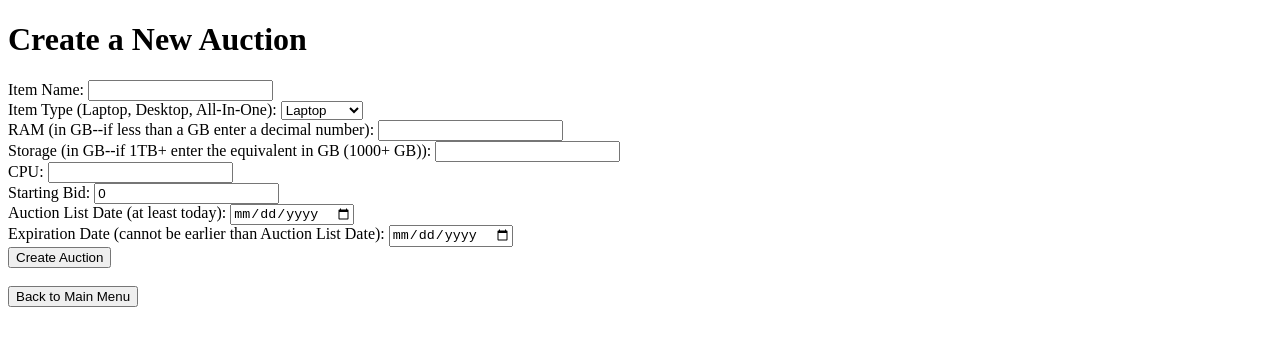
Repository: christot20/BuyMe
Page: http://localhost/336EbayAuction/NewAuction.jsp
An editor plug-in stored every save of this project. The page is shown before and after the next save, followed by the edit.
The browser window is 1280 px wide. The pictures show the whole page.
The page is served by Tomcat 9. Other server files are loaded and not shown.

Above is the page before, as saved 2024-05-04 00:02:52.

### 336EbayAuction/src/main/webapp/NewAuction.jsp
<%@ page language="java" contentType="text/html; charset=UTF-8" pageEncoding="UTF-8" %>
<%@ page import="java.io.*,java.util.*,java.sql.*"%>
<%@ page import="javax.servlet.http.*,javax.servlet.*"%>
<!DOCTYPE html>
<html lang="en">
<head>
    <meta charset="UTF-8">
    <meta name="viewport" content="width=device-width, initial-scale=1.0">
    <title>Create New Auction</title>
</head>
<body>
    <h1>Create a New Auction</h1>
    <form action="AddAuction.jsp" method="post">

        <label for="itemName">Item Name:</label>
        <input type="text" id="itemName" name="itemName" required><br>

        <label for="itemType">Item Type (Laptop, Desktop, All-In-One):</label>
        <select id="itemType" name="itemType" required>
            <option value="LAPTOP">Laptop</option>
            <option value="DESKTOP">Desktop</option>
            <option value="ALLINONE">All-In-One</option>
        </select><br>

        <label for="ram">RAM (in GB--if less than a GB enter a decimal number):</label>
        <input type="number" id="ram" name="ram"><br>

        <label for="storage">Storage (in GB--if 1TB+ enter the equivalent in GB (1000+ GB)):</label>
        <input type="number" id="storage" name="storage"><br>

        <label for="cpu">CPU:</label>
        <input type="text" id="cpu" name="cpu"><br>

        <label for="startingBid">Starting Bid:</label>
        <input type="number" id="startingBid" name="startingBid" min="0" value="0"><br>

        <label for="auctionListDate">Auction List Date (at least today):</label>
        <input type="date" id="auctionListDate" name="auctionListDate" min="<%= java.time.LocalDate.now() %>" required><br>

        <label for="expirationDate">Expiration Date (cannot be earlier than Auction List Date):</label>
        <input type="date" id="expirationDate" name="expirationDate" min="<%= java.time.LocalDate.now() %>" required><br>

        <input type="submit" value="Create Auction">
    </form>
    <br>
    <a href="Welcome.jsp"><button>Back to Main Menu</button></a>
</body>
</html>

After the next save:
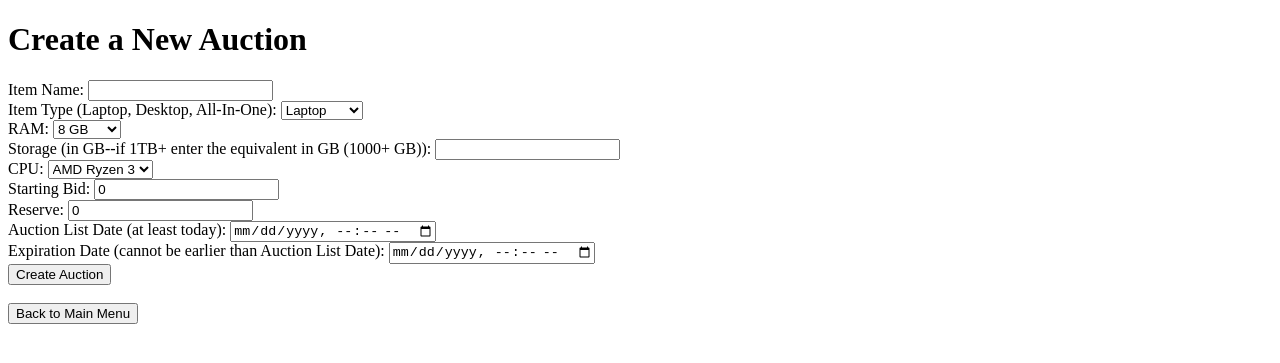
Saved 28 min 35 s later.
--- a/336EbayAuction/src/main/webapp/NewAuction.jsp
+++ b/336EbayAuction/src/main/webapp/NewAuction.jsp
@@ -22,23 +22,41 @@
             <option value="ALLINONE">All-In-One</option>
         </select><br>
 
-        <label for="ram">RAM (in GB--if less than a GB enter a decimal number):</label>
-        <input type="number" id="ram" name="ram"><br>
+        <label for="ram">RAM:</label>
+        <select id="ram" name="ram" required>
+            <option value="8">8 GB</option>
+            <option value="16">16 GB</option>
+            <option value="24">24 GB</option>
+            <option value="32">32 GB</option>
+            <option value="64">64 GB</option>
+            <option value="128">128 GB</option>
+        </select><br>
 
         <label for="storage">Storage (in GB--if 1TB+ enter the equivalent in GB (1000+ GB)):</label>
         <input type="number" id="storage" name="storage"><br>
 
         <label for="cpu">CPU:</label>
-        <input type="text" id="cpu" name="cpu"><br>
+        <select id="cpu" name="cpu" required>
+            <option value="AMD Ryzen 3">AMD Ryzen 3</option>
+            <option value="AMD Ryzen 5">AMD Ryzen 5</option>
+            <option value="AMD Ryzen 7">AMD Ryzen 7</option>
+            <option value="AMD Ryzen 9">AMD Ryzen 9</option>
+            <option value="Intel I3">Intel I3</option>
+            <option value="Intel I7">Intel I7</option>
+            <option value="Intel I9">Intel I9</option>
+        </select><br>
 
         <label for="startingBid">Starting Bid:</label>
         <input type="number" id="startingBid" name="startingBid" min="0" value="0"><br>
 
+        <label for="reserve">Reserve:</label>
+        <input type="number" id="startingBid" name="reserve" min="0" value="0"><br>
+
         <label for="auctionListDate">Auction List Date (at least today):</label>
-        <input type="date" id="auctionListDate" name="auctionListDate" min="<%= java.time.LocalDate.now() %>" required><br>
+        <input type="datetime-local" id="auctionListDate" name="auctionListDate" min="<%= java.time.LocalDateTime.now() %>" required><br>
 
         <label for="expirationDate">Expiration Date (cannot be earlier than Auction List Date):</label>
-        <input type="date" id="expirationDate" name="expirationDate" min="<%= java.time.LocalDate.now() %>" required><br>
+        <input type="datetime-local" id="expirationDate" name="expirationDate" min="<%= java.time.LocalDateTime.now() %>" required><br>
 
         <input type="submit" value="Create Auction">
     </form>
